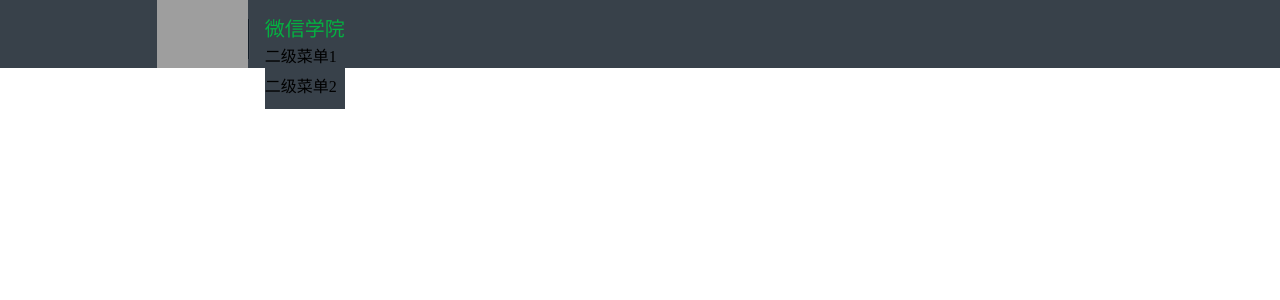
Repository: A1LExX/H5_study_set
Page: tencentUniversity/index.html
These files come from the project's save history. The page is drawn as it stood at one moment and after the next save; the edit follows.
The browser window is 1280 px wide. The pictures show the whole page.
Pictures or frames that could not be fetched are drawn as grey boxes.

Above is the page before, as saved 2021-07-03 10:29:36.

### tencentUniversity/index.html
<!--
@author [Alex Wei]
@email [w2262196@outlook.com]
@create date 2021-07-03 09:03:57
@modify date 2021-07-03 10:17:48
@desc [description]
-->
<!DOCTYPE html>
<html lang="en">
<head>
    <meta charset="UTF-8">
    <meta http-equiv="X-UA-Compatible" content="IE=edge">
    <meta name="viewport" content="width=device-width, initial-scale=1.0">
    <!-- 引入重制样式表 -->
    <link rel="stylesheet" href="./css/reset.css">
    <!-- 引入当前页面样式表 -->
    <link rel="stylesheet" href="./css/index.css">
    <title>index</title>
</head>
<body>
    <!-- 页眉 -->
    <div id="header">
        <div class="headerMid container clearfix">
            <div class="logo"><img src="./images/logo_02.jpg" alt=""></div>
            <div class="logoBorder left"></div>
            <div class="logoBorder right"></div>
            <div class="downList">
                <ul>
                    <li class="first">微信学院</li>
                    <li class="down">二级菜单1</li>
                    <li class="down">二级菜单2</li>
                </ul>
            </div>
            <div class="search"></div>
        </div>
    </div>
    <!-- 导航 -->
    <div id="nav"></div>
    <!-- 轮播图 -->
    <div id="banner"></div>
    <!-- 分类 -->
    <div id="class"></div>
    <!-- 页脚 -->
    <div id="footer"></div>
</body>
</html>

### tencentUniversity/css/reset.css
/* http://meyerweb.com/eric/tools/css/reset/
   v2.0 | 20110126
   License: none (public domain)
*/

html, body, div, span, applet, object, iframe,
h1, h2, h3, h4, h5, h6, p, blockquote, pre,
a, abbr, acronym, address, big, cite, code,
del, dfn, em, img, ins, kbd, q, s, samp,
small, strike, strong, sub, sup, tt, var,
b, u, i, center,
dl, dt, dd, ol, ul, li,
fieldset, form, label, legend,
table, caption, tbody, tfoot, thead, tr, th, td,
article, aside, canvas, details, embed,
figure, figcaption, footer, header, hgroup,
menu, nav, output, ruby, section, summary,
time, mark, audio, video {
	margin: 0;
	padding: 0;
	border: 0;
	font-size: 100%;
	font: inherit;
	/* vertical-align: middle; */
}
/* HTML5 display-role reset for older browsers */
article, aside, details, figcaption, figure,
footer, header, hgroup, menu, nav, section {
	display: block;
}
body {
	line-height: 1;
}
ol, ul {
	list-style: none;
}
blockquote, q {
	quotes: none;
}
blockquote:before, blockquote:after,
q:before, q:after {
	content: '';
	content: none;
}
table {
	border-collapse: collapse;
	border-spacing: 0;
}
a{
    text-decoration: none;
    color: inherit;
}
a:hover{
	color: red;
}
input,button{
	border: 0px solid;
	padding: 0;
	margin: 0;
}

### tencentUniversity/css/index.css
/**
 * @author [Alex Wei]
 * @email [w2262196@outlook.com]
 * @create date 2021-07-03 09:46:10
 * @modify date 2021-07-03 10:29:36
 * @desc [description]
 */
/* 版心 */
.container{
    min-width: 1010px;
    margin: 0 auto;
}

/* 消除浮动的影响 */
.clearfix::after{
    content: '';
    display: block;
    height: 0;
    clear: both;
}

html,body{
    width: 100%;
}

/* 测试类 */
.test{
    border: 1px solid red;
}

/* 页眉 */
#header{
    background-color: #38414a;
}

#header .headerMid{
    width: 1010px;
}

#header .logo{
    margin-left: 22px;
    height: 68px;
}

#header .logo img{
    width: 100%;
    height: 100%;
}

.logoBorder{
    width: 1px;
    height: 40px;
    float: left;
    margin-top: 19px;
}

#header .left{
    background-color: #131d27;
}

#header .right{
    background-color: #3f4750;
    margin-right: 15px;
}

.logo,.downList{
    float: left;
}

.downList .first{
    color: #04b141;
    font-size: 20px;
}

.downList .down{

}

.downList ul{
    margin-top: 19px;
    height: 49px;
}

.downList li{
   width: 80px;
   height: 30px;
   background-color: #38414a;
}

.search{
    float: right;
}

After the next save:
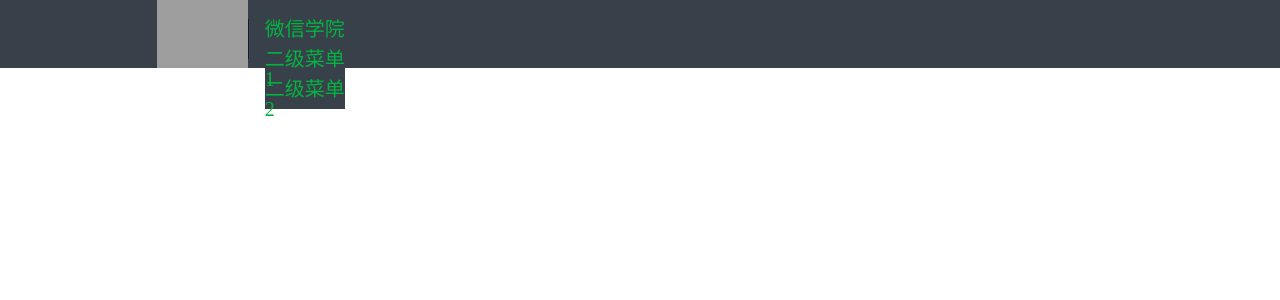
Saved 25 s later.
--- a/tencentUniversity/css/index.css
+++ b/tencentUniversity/css/index.css
@@ -2,7 +2,7 @@
  * @author [Alex Wei]
  * @email [w2262196@outlook.com]
  * @create date 2021-07-03 09:46:10
- * @modify date 2021-07-03 10:29:36
+ * @modify date 2021-07-03 10:30:00
  * @desc [description]
  */
 /* 版心 */
@@ -73,7 +73,8 @@ html,body{
 }
 
 .downList .down{
-
+    color: #04b141;
+    font-size: 20px;
 }
 
 .downList ul{
